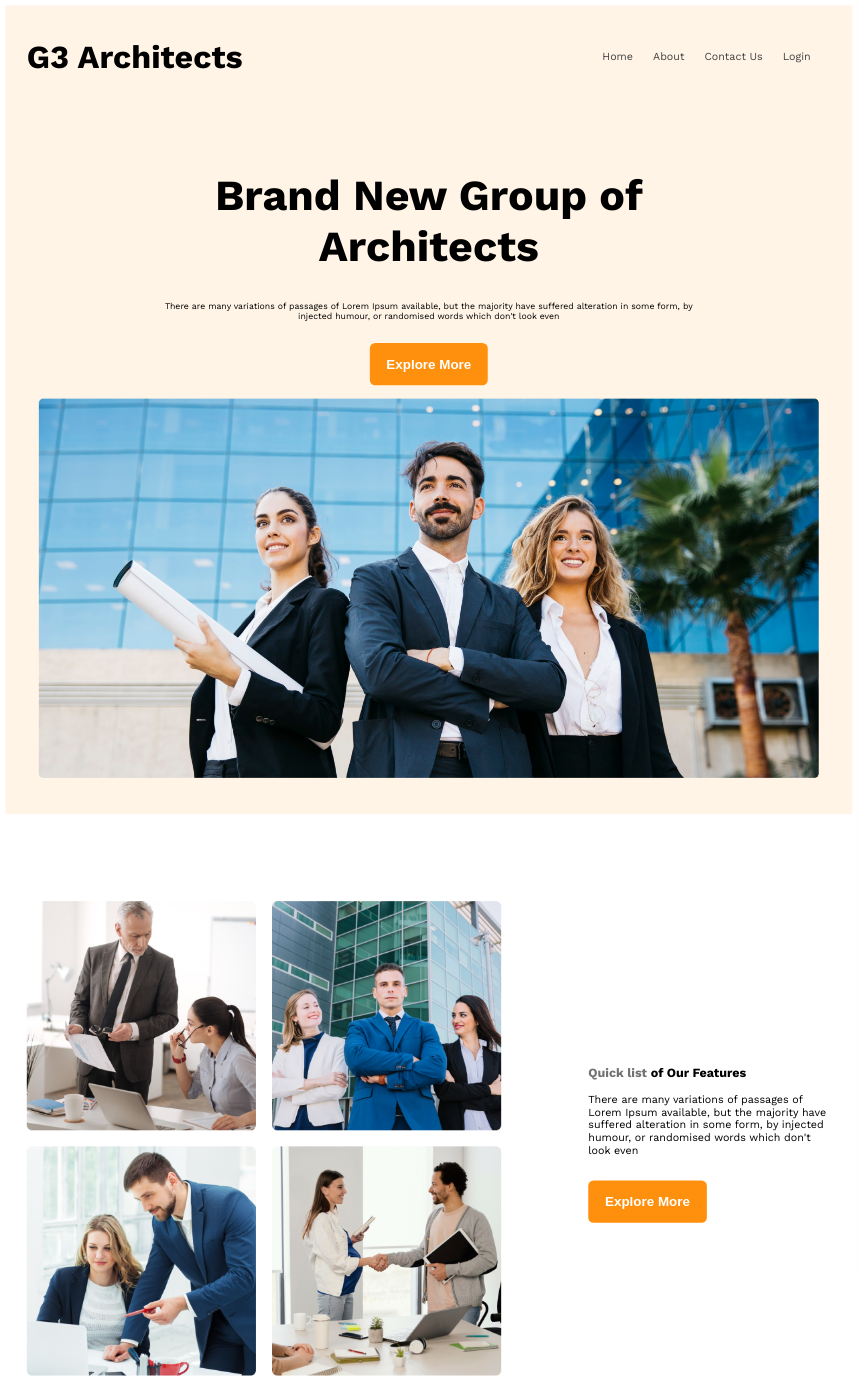
Repository: dollyrakhe22/g3-architects-website
Page: index.html
The author's editor kept a copy of each file at every save. The page is drawn from the files as they stood at one save, then again after the next save.
The browser window is 1280 px wide. The pictures show the whole page, at 67% of full size.

Above is the page before, as saved 2025-07-20 21:08:28.

After the next save:
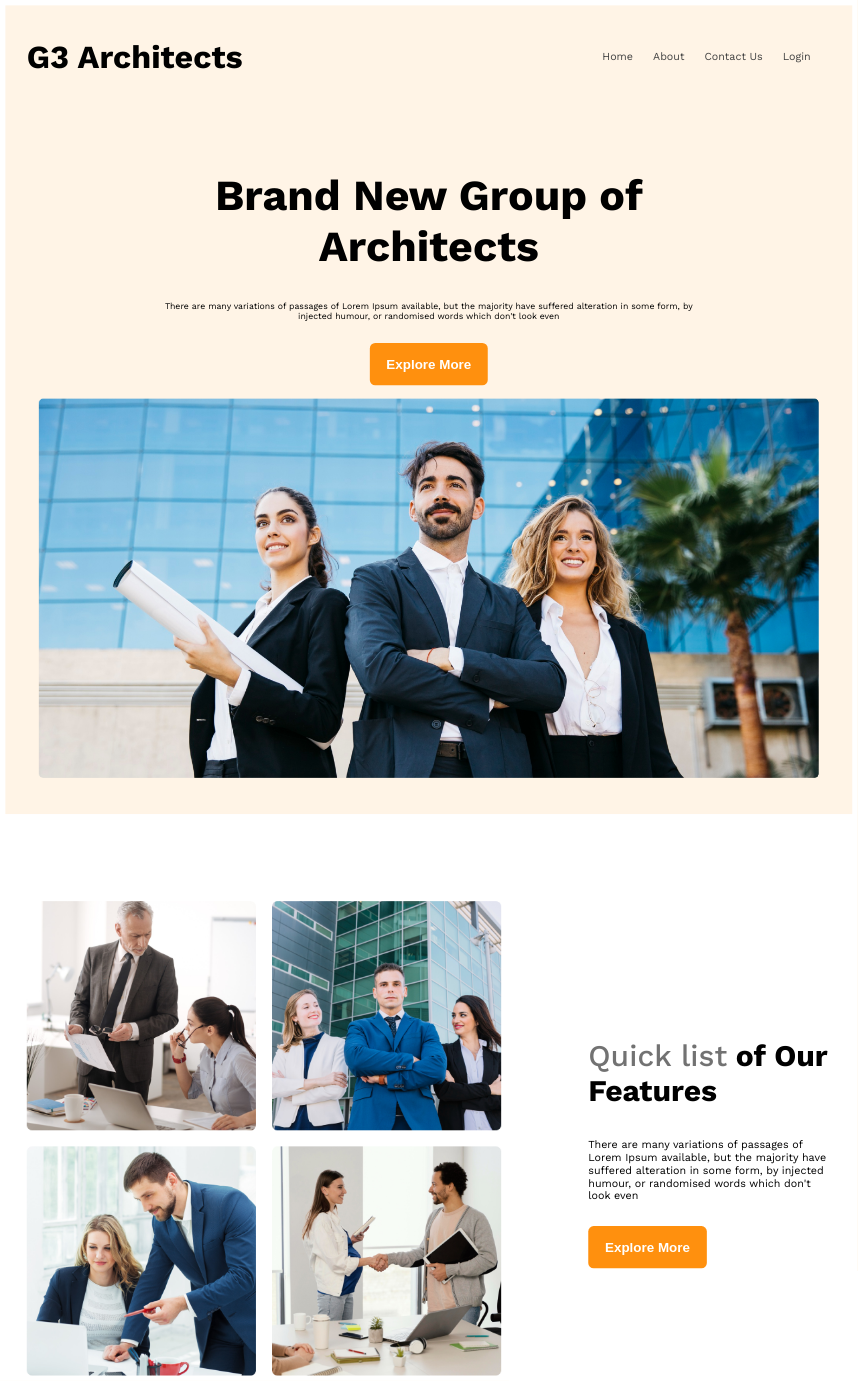
Saved 3 min 17 s later.
--- a/style.css
+++ b/style.css
@@ -106,7 +106,13 @@ main> section{
   margin-left: 130px;
   max-width: 530px;
 }
-
+.feature-title{
+  font-size: 2.8rem;
+  font-weight: 700;
+}
+#quick-list{
+  font-weight: 500;
+}
 
 /*responsive media query*/
 @media screen and (max-width: 576px){
